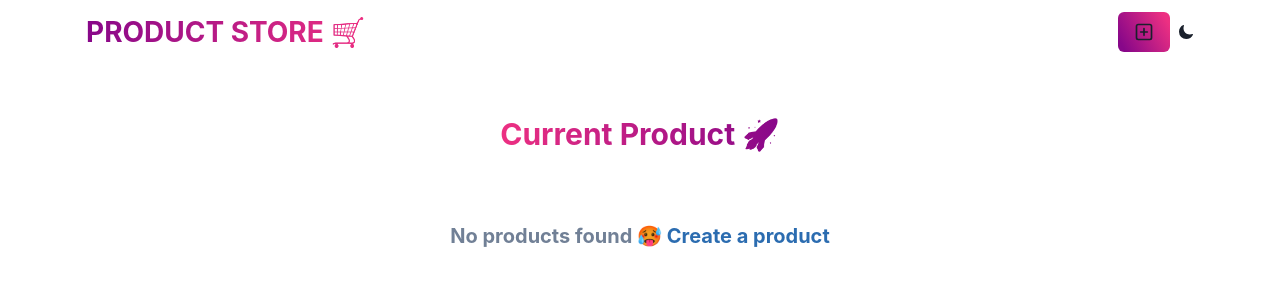
Repository: xiaojing168jmg168/MERN-API
Page: / (app in frontend/)
An editor plug-in stored every save of this project. The page is shown before and after the next save, followed by the edit.
The browser window is 1280 px wide. The pictures show the whole page.
The page's requests for data from a server got no answer. The project was rebuilt for these pictures with package versions that can differ from the ones it lists, and the page was loaded fresh each time. No one was signed in, and anything a server would have sent is missing. Also part of the build but not shown: frontend/vite.config.js, frontend/src/pages/CreatePage.jsx, frontend/src/components/ProductCard.jsx.

Above is the page before, as saved 2025-01-30 09:20:26.

After the next save:
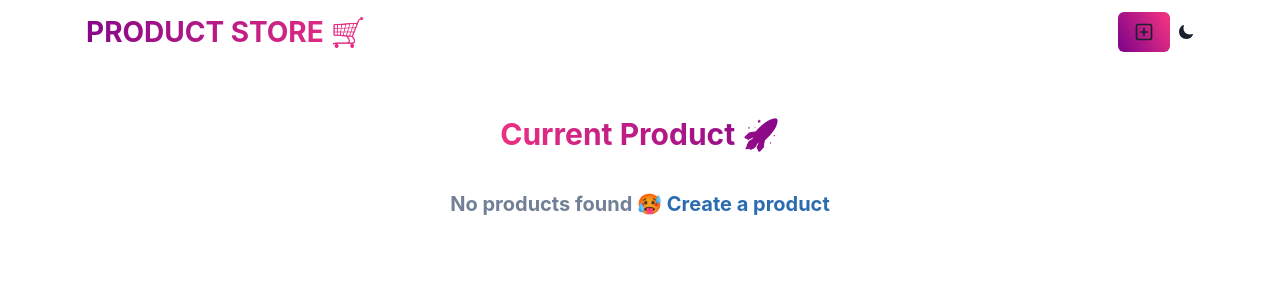
Saved 4 min 39 s later.
--- a/frontend/src/pages/HomePage.jsx
+++ b/frontend/src/pages/HomePage.jsx
@@ -23,37 +23,39 @@ const HomePage = () => {
         >
           Current Product 🚀
         </Text>
-
-        <SimpleGrid
-          columns={{
-            base: 1,
-            md: 2,
-            lg: 3,
-          }}
-          spacing={10}
-          w={"full"}
-        >
-          {products.map((product) => (
-            <ProductCard key={product._id} product={product} />
-          ))}
-        </SimpleGrid>
-        <Text
-          fontSize="xl"
-          textAlign={"center"}
-          fontWeight="bold"
-          color="gray.500"
-        >
-          No products found 🥵{" "}
-          <Link to={"/create"}>
-            <Text
-              as="span"
-              color="blue.600"
-              _hover={{ textDecoration: "underline" }}
-            >
-              Create a product
-            </Text>
-          </Link>
-        </Text>
+        {products.length > 0 ? ( // ✅ only have list display
+          <SimpleGrid
+            columns={{
+              base: 1,
+              md: 2,
+              lg: 3,
+            }}
+            spacing={10}
+            w={"full"}
+          >
+            {products.map((product) => (
+              <ProductCard key={product._id} product={product} />
+            ))}
+          </SimpleGrid>
+        ) : (
+          <Text
+            fontSize="xl"
+            textAlign={"center"}
+            fontWeight="bold"
+            color="gray.500"
+          >
+            No products found 🥵{" "}
+            <Link to={"/create"}>
+              <Text
+                as="span"
+                color="blue.600"
+                _hover={{ textDecoration: "underline" }}
+              >
+                Create a product
+              </Text>
+            </Link>
+          </Text>
+        )}
       </VStack>
     </Container>
   );
